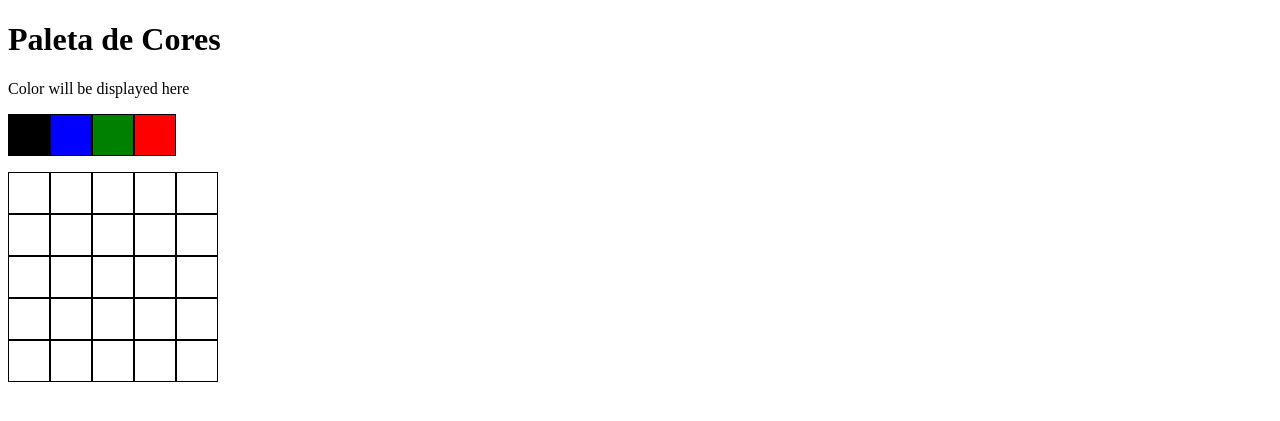
Repository: MuriloColleti/project-Pixer-Art
Page: index.html
An editor plug-in stored every save of this project. The page is shown before and after the next save, followed by the edit.
The browser window is 1280 px wide. The pictures show the whole page.

Above is the page before, as saved 2024-02-06 16:28:26.

### index.html
<!DOCTYPE html>
<html lang="en">
<head>
    <meta charset="UTF-8">
    <meta name="viewport" content="width=device-width, initial-scale=1.0">
    <link rel="stylesheet" href="style.css">
    <title>Paleta de Cores</title>
</head>

<body>
    <header> <h1 id="title"> Paleta de Cores </h1> </header>

    <p id="colorDisplay">Color will be displayed here</p>

<div id="pallet-container">
    <div class="square black color"></div>
    <div class="square blue color"></div>
    <div class="square green color"></div>
    <div class="square red color"></div>
</div>
    <main id="pixel-board"></main>

</body>

<script src="script.js" defer></script>

</html>

### style.css
.black{
    background-color: black;
}

.blue{
    background-color: blue;
}

.red{
    background-color: red;
}

.green{
    background-color: green;
}

.square{
    width: 40px;
    height: 40px;
    border: 1px solid black;
}

#pallet-container{
    display: flex;
    margin-bottom: 1rem;
}

.pixel{
    width: 40px;
    height: 40px;
    border: 1px solid black;
    display: flex;
}

#pixel-board{

    display: flex;
    flex-direction: column;
    justify-content: center;

}

.line{
    display: flex;
}

### script.js
const pixeltable = document.getElementById('pixel-board');
const colorPallet = document.getElementById('pallet-container')
let currentColor = 'black';

const colorElements = document.querySelectorAll('.color');
const colorDisplay = document.getElementById('colorDisplay');


for (linha = 0; linha < 5; linha += 1) {

    let newLine = document.createElement('div')
    newLine.classList.add('line')
    pixeltable.appendChild(newLine);

    for (pixel = 0; pixel < 5; pixel += 1) {
        let newPixel = document.createElement('div')
        newPixel.classList.add('pixel')
        newPixel.addEventListener('click', paintPixel);
        newLine.appendChild(newPixel)
    }
}

colorElements.forEach((colorElement) => {
    colorElement.addEventListener('click', (event) => {
        const backgroundColor = getComputedStyle(event.target).backgroundColor;

        colorDisplay.textContent = `Color: ${backgroundColor}`

        currentColor = backgroundColor
    });
});



function paintPixel(event) {
    event.target.style.backgroundColor = currentColor;
}

After the next save:
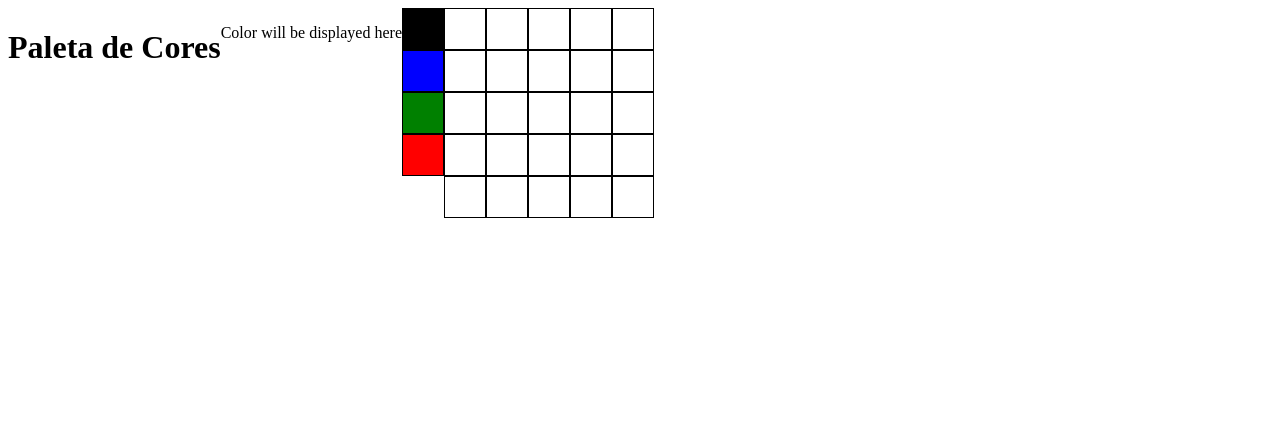
Saved 9 days later.
--- a/style.css
+++ b/style.css
@@ -1,45 +1,49 @@
-.black{
-    background-color: black;
+.black {
+  background-color: black;
 }
 
-.blue{
-    background-color: blue;
+.blue {
+  background-color: blue;
 }
 
-.red{
-    background-color: red;
+.red {
+  background-color: red;
 }
 
-.green{
-    background-color: green;
+.green {
+  background-color: green;
 }
 
-.square{
-    width: 40px;
-    height: 40px;
-    border: 1px solid black;
+.square {
+  width: 40px;
+  height: 40px;
+  border: 1px solid black;
 }
 
-#pallet-container{
-    display: flex;
-    margin-bottom: 1rem;
+#color-palette {
+  display: flex;
+  margin-bottom: 1rem;
 }
 
-.pixel{
-    width: 40px;
-    height: 40px;
-    border: 1px solid black;
-    display: flex;
+.pixel {
+  width: 40px;
+  height: 40px;
+  border: 1px solid black;
+  display: flex;
+  background-color: white;
 }
 
-#pixel-board{
-
-    display: flex;
-    flex-direction: column;
-    justify-content: center;
+#pixel-board {
+  display: flex;
+  flex-direction: column;
+  justify-content: center;
 
 }
 
-.line{
-    display: flex;
+.line {
+  display: flex;
 }
+
+body {
+  display: flex;
+}
